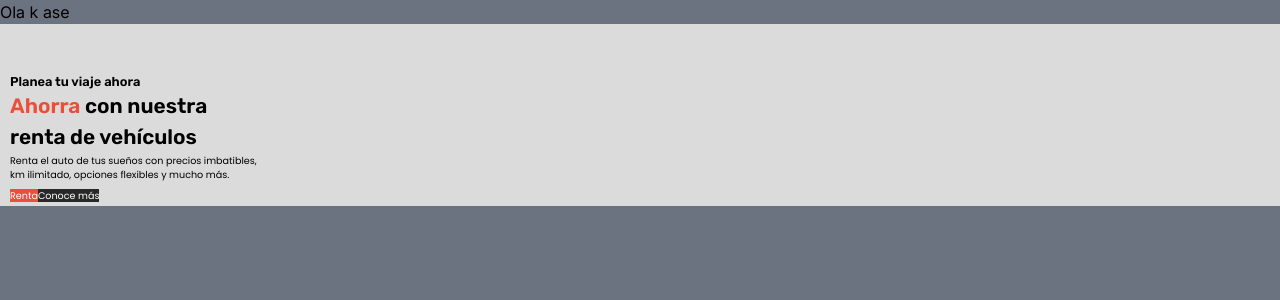
Repository: aldovelacasas/PF_RentCar2
Page: /homePage
The author's editor kept a copy of each file at every save. The page is drawn from the files as they stood at one save, then again after the next save.
The browser window is 1280 px wide. The pictures show the whole page.
The project was rebuilt for these pictures with package versions that can differ from the ones it lists, and the page was loaded fresh each time. The framework's server and built-in components were replaced by stand-ins that run in the browser. Also part of the build but not shown: next.config.js.

Above is the page before, as saved 2023-08-29 19:13:18.

### src/app/layout.jsx
import "./globals.css";
import { Inter } from "next/font/google";

const inter = Inter({ subsets: ["latin"] });

export const metadata = {
  title: "Create Next App",
  description: "Generated by create next app",
};

export default function RootLayout({ children }) {
  return (
    <html lang="en">
      <body className={inter.className}>
        <h1>Ola k ase</h1>
        <div className="h-[calc(100vh-5rem)]">{children}</div>
      </body>
    </html>
  );
}

### src/app/homePage/page.jsx
import { Rubik, Poppins } from "next/font/google";

const fontRubik = Rubik({
  weight: "600",
  subsets: ["latin"],
});

const fontPoppins = Poppins({
  weight: "400",
  subsets: ["latin"],
});
const poppins = fontPoppins.className;
const rubik = fontRubik.className;

function HomePage() {
  return (
    <div className={`bg-gris_fondo ${rubik} space-y-0 space-x-2.5`}>
      <p className={`pt-12 ml-2.5 text-[0.8em]`}>Planea tu viaje ahora</p>
      <p className="text-[1.3em] mb-0 pb-0">
        <span className="text-naranja_enf mb-0 pb-0">Ahorra </span>
        con nuestra
      </p>
      <p className="text-[1.3em] mt-0 pt-0">renta de vehículos</p>
      <div>
        <p className={`${poppins} text-[0.6em]`}>
          Renta el auto de tus sueños con precios imbatibles,
        </p>
        <p className={`${poppins} text-[0.6em]`}>
          km ilimitado, opciones flexibles y mucho más.
        </p>
        <div>
          <a
            href="#form"
            className={`bg-naranja_enf text-white text-[0.6em] ${poppins}`}>
            Renta
          </a>
          <a
            href="#form"
            className={`bg-negro_fondo text-white text-[0.6em] ${poppins}`}>
            Conoce más
          </a>
        </div>
      </div>
    </div>
  );
}

export default HomePage;

### src/app/globals.css
@tailwind base;
@tailwind components;
@tailwind utilities;

body {
   @apply bg-gray-500; /* Fondo más claro */
   color: gray-800; /* Texto oscuro */
}

### tailwind.config.js
/** @type {import('tailwindcss').Config} */
module.exports = {
  content: [
    "./src/pages/**/*.{js,ts,jsx,tsx,mdx}",
    "./src/components/**/*.{js,ts,jsx,tsx,mdx}",
    "./src/app/**/*.{js,ts,jsx,tsx,mdx}",
  ],
  theme: {
    extend: {
      backgroundImage: {
        "gradient-radial": "radial-gradient(var(--tw-gradient-stops))",
        "gradient-conic":
          "conic-gradient(from 180deg at 50% 50%, var(--tw-gradient-stops))",
      },
      colors: {
        gris_fondo: "#dbdbdb",
        gris_frente: "#e9e9e9",
        negro_fondo: "#282828",
        naranja_enf: "#ea4f39",
        rojo_status: "#e30613",
        verde_status: "#4aaf4d",
        amarillo_status: "#f0e400",
      },
    },
  },
  plugins: [],
};

After the next save:
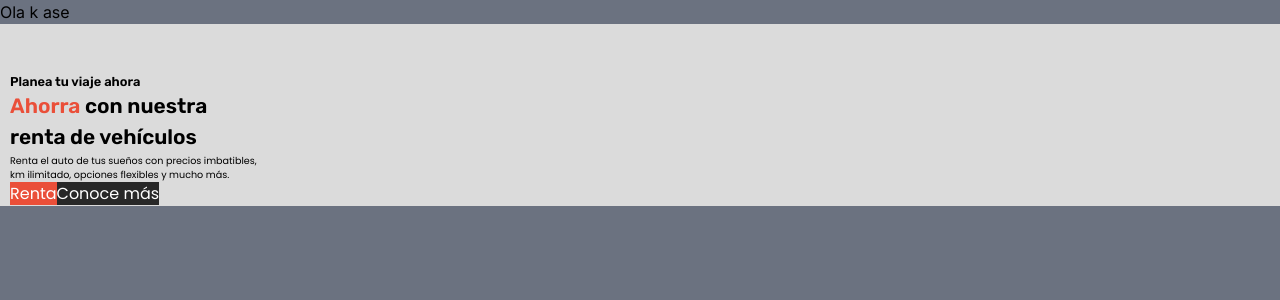
Saved 14 s later.
--- a/src/app/homePage/page.jsx
+++ b/src/app/homePage/page.jsx
@@ -31,12 +31,12 @@ function HomePage() {
         <div>
           <a
             href="#form"
-            className={`bg-naranja_enf text-white text-[0.6em] ${poppins}`}>
+            className={`bg-naranja_enf text-white text-[0.em] ${poppins}`}>
             Renta
           </a>
           <a
             href="#form"
-            className={`bg-negro_fondo text-white text-[0.6em] ${poppins}`}>
+            className={`bg-negro_fondo text-white text-[0.em] ${poppins}`}>
             Conoce más
           </a>
         </div>
